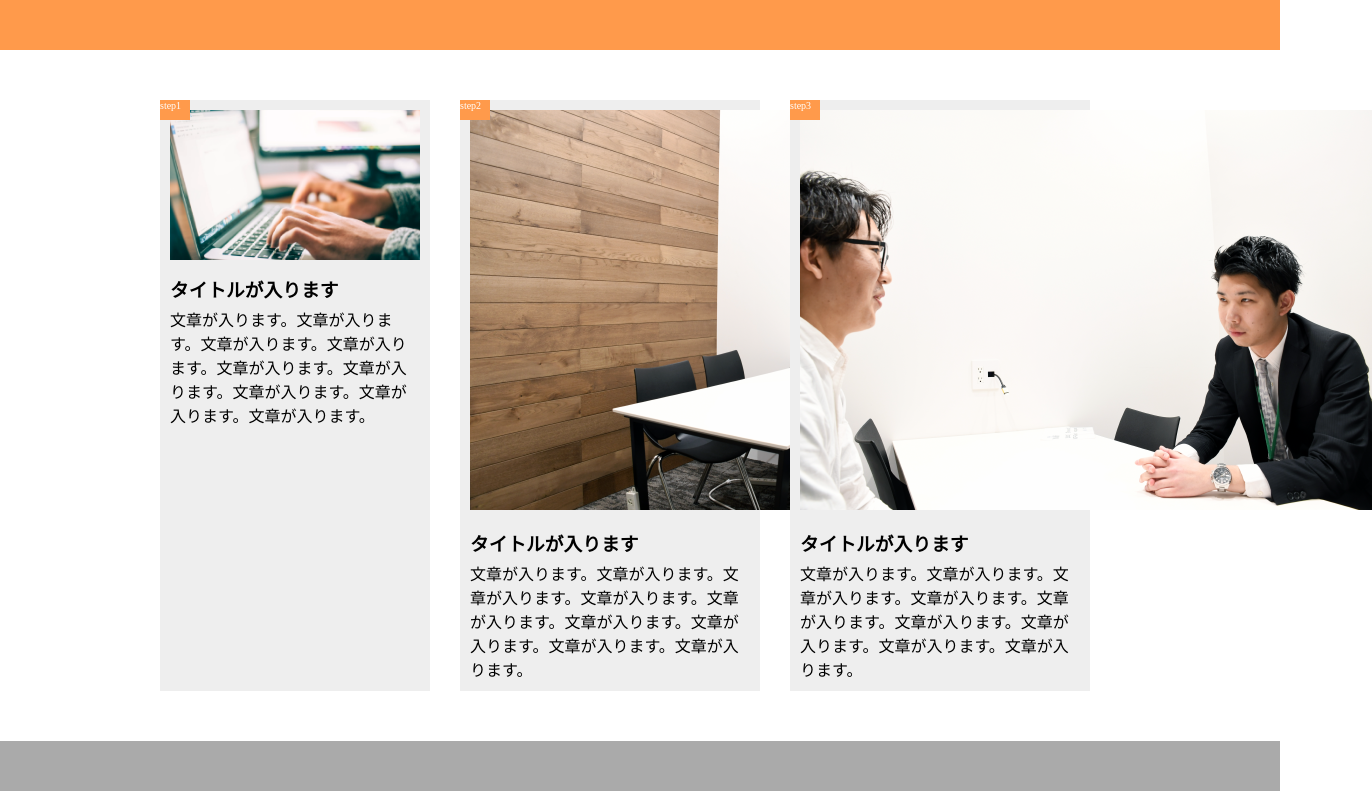
Repository: hira14t/git-practice
Page: kadai1/kadai1.html
The author's editor kept a record of every edit. The page is drawn from the files as they stood at one moment, then again after the next edit.
The browser window is 1280 px wide. The page is 1372 px wide, so the pictures cover 1372 px, including what lies to the right of the window. The pictures show the whole page.

Above is the page before.

### kadai1/kadai1.html
<!DOCTYPE html>
<html lang="ja">
  <head>
    <meta charset="UTF-8" />
    <meta name="viewport" content="width=device-width,initial-scale=1.0">
     <link rel="stylesheet" href="kadai1.css" />
    <title>課題1</title>
  </head>
  <body>
    <div class="header"></div>
    <div class="wrap">


        <div class="item">
          <div class="category">step1</div>
          <div class="image1"></div>
          <h3 class="H3">タイトルが入ります</h3>
          <p>文章が入ります。文章が入ります。文章が入ります。文章が入ります。文章が入ります。文章が入ります。文章が入ります。文章が入ります。文章が入ります。</p>
        </div>




        <div class="item">
          <div class="category">step2</div>
          <img class="image" src="img/flow02.png">
          <h3 class="H3">タイトルが入ります</h3>
          <p>文章が入ります。文章が入ります。文章が入ります。文章が入ります。文章が入ります。文章が入ります。文章が入ります。文章が入ります。文章が入ります。</p>
        </div>





        <div class="item">
           <div class="category">step3</div>
           <img class="image" src="img/flow03.png">
           <h3 class="H3">タイトルが入ります</h3>
           <p>文章が入ります。文章が入ります。文章が入ります。文章が入ります。文章が入ります。文章が入ります。文章が入ります。文章が入ります。文章が入ります。</p>
         </div>

    </div>
    <div class="footer"></div>

  </body>
</html>

### kadai1/kadai1.css
* {
  margin: 0;
  padding: 0;
  box-sizing: border-box;
}

.header {
  width: 100%;
  height: 50px;
 background-color: #ff9a4b;
}





.wrap {
  width: 960px;
  display: flex;
  margin: 50px auto;
}

.category {
  width: 30px;
  height: 20px;
  background-color: #ff9a4b;
  color: white;
  font-size: 10px;
  position: absolute;
  top: 0;
  left: 0;
}

.item {
  padding: 10px;
  margin-right: 30px;
  width: 300px;
  background-color: #eeeeee;
   position: relative;
}

item:last-child {
  margin-right: 0;
}



.image1{
  background-image: url(img/flow01.png);
  background-size: cover;

  height: 150px;

}

.image2{
  background-image: url(img/flow02.png);
  background-size: cover;

  height: 150px;

}
.image3{
  background-image: url(img/flow03.png);
  background-size: cover;

  height: 150px;

}

.H3 {
  margin: 15px 0 5px 0;
}




.footer {
  width: 100%;
  height: 50px;
  background-color: #aaaaaa
}


@media screen and (max-width: 768px) {





.wrap {
  width: 100%;
  display: block;


  margin: 0 auto;
}


.item {
  margin: 20px auto;

  width: 90%;
}

.item:first-child {
  margin-top: 50px;
}


.item:last-child {
  margin-bottom: 50px;
}

}

After the next edit:
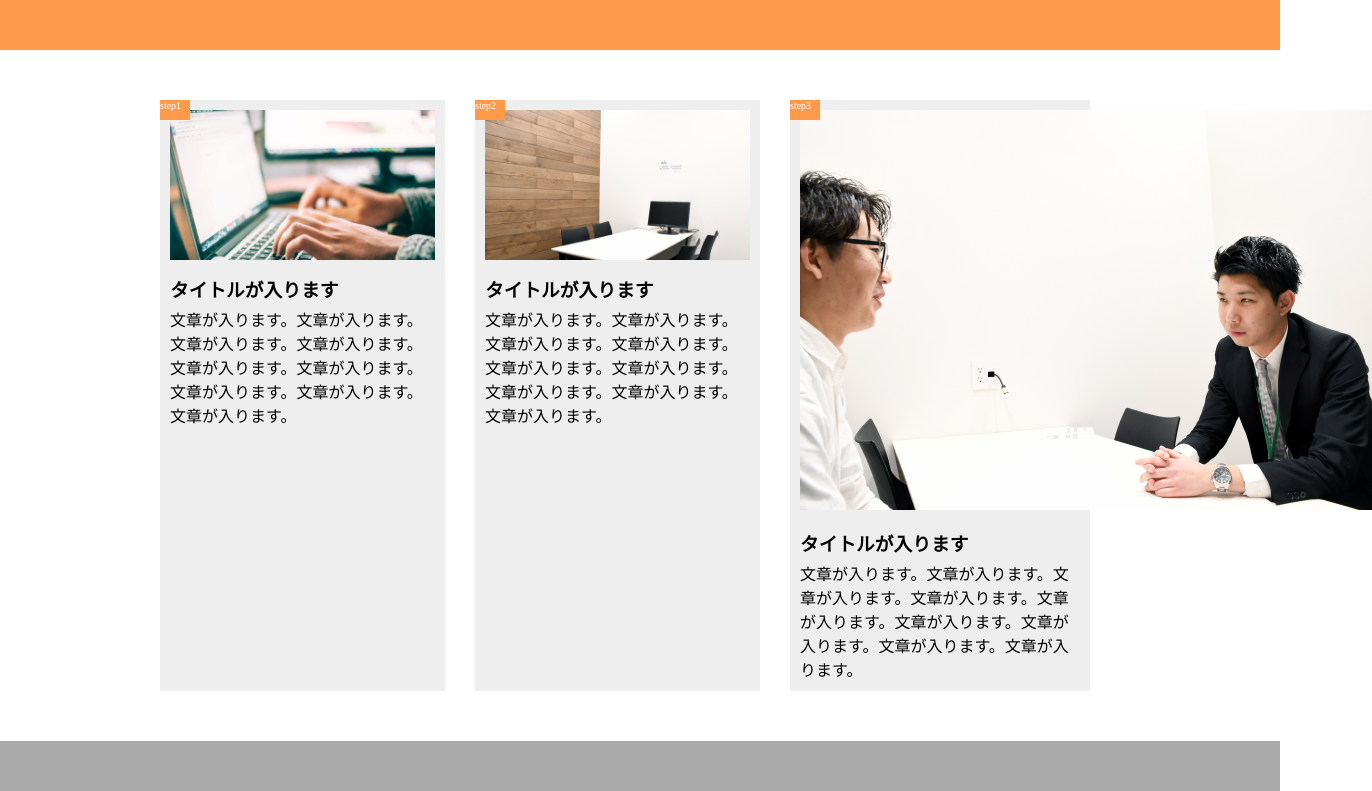
The edit:
--- a/kadai1/kadai1.html
+++ b/kadai1/kadai1.html
@@ -23,7 +23,7 @@
 
         <div class="item">
           <div class="category">step2</div>
-          <img class="image" src="img/flow02.png">
+          <div class="image2"></div>
           <h3 class="H3">タイトルが入ります</h3>
           <p>文章が入ります。文章が入ります。文章が入ります。文章が入ります。文章が入ります。文章が入ります。文章が入ります。文章が入ります。文章が入ります。</p>
         </div>
